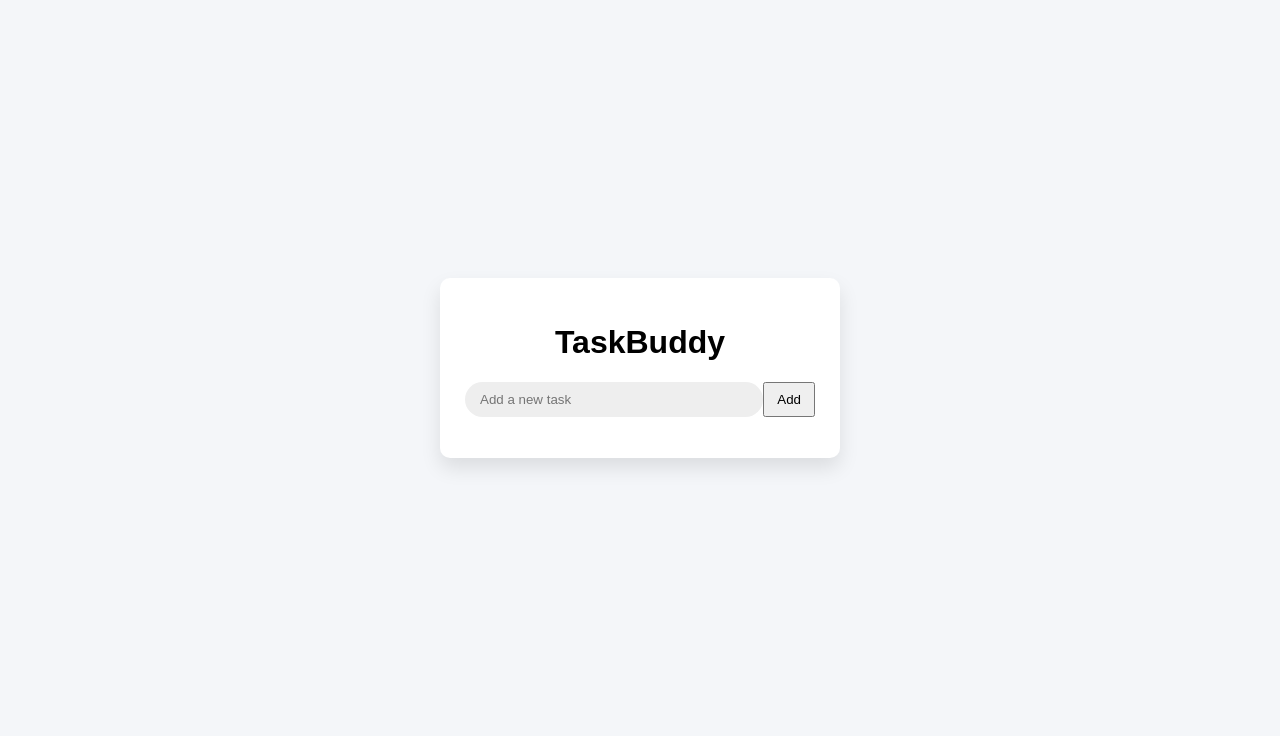
Repository: yogeshnandwani/taskbuddy-todo
Page: index.html
An editor plug-in stored every save of this project. The page is shown before and after the next save, followed by the edit.
The browser window is 1280 px wide. The pictures show the whole page.

Above is the page before, as saved 2026-03-16 17:28:08.

After the next save:
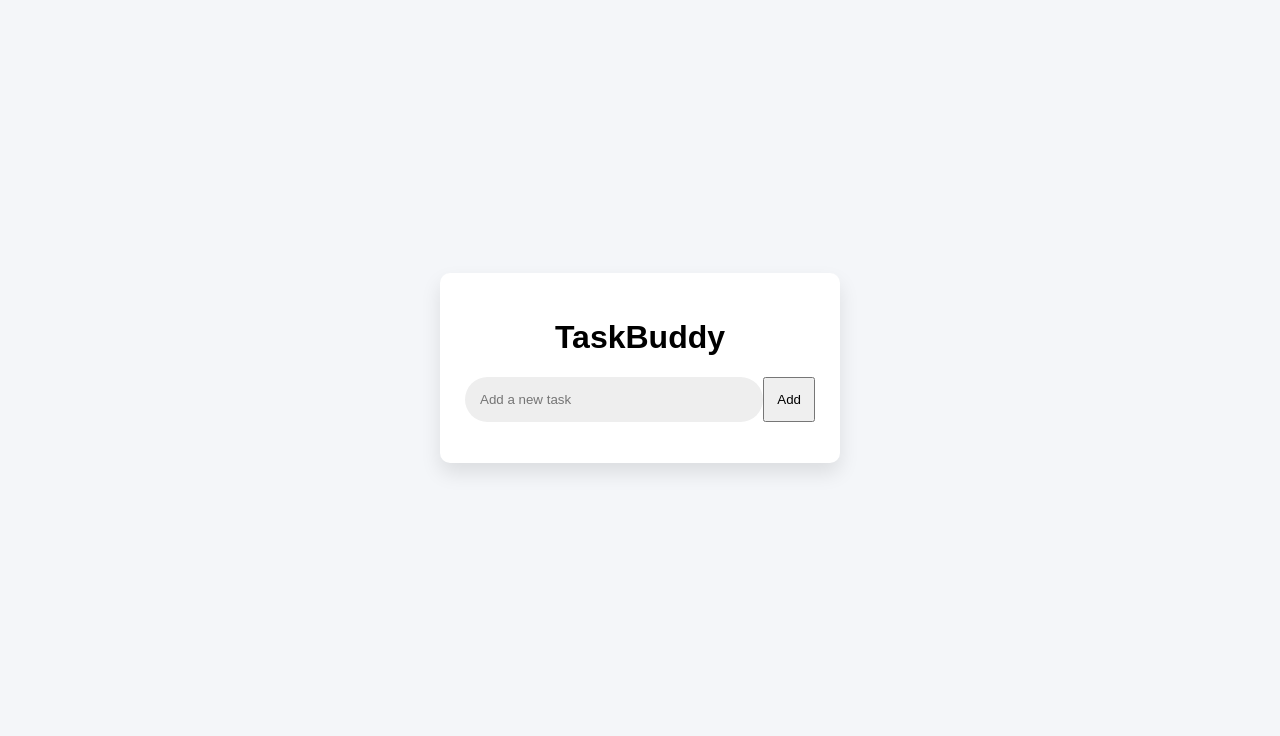
Saved 8 s later.
--- a/css/style.css
+++ b/css/style.css
@@ -28,7 +28,7 @@ input{
     padding:8px;
     border: none;
     border-radius: 50px;
-    padding: 10px 15px;
+    padding: 15px;
     background-color: #eee;
 }
 
